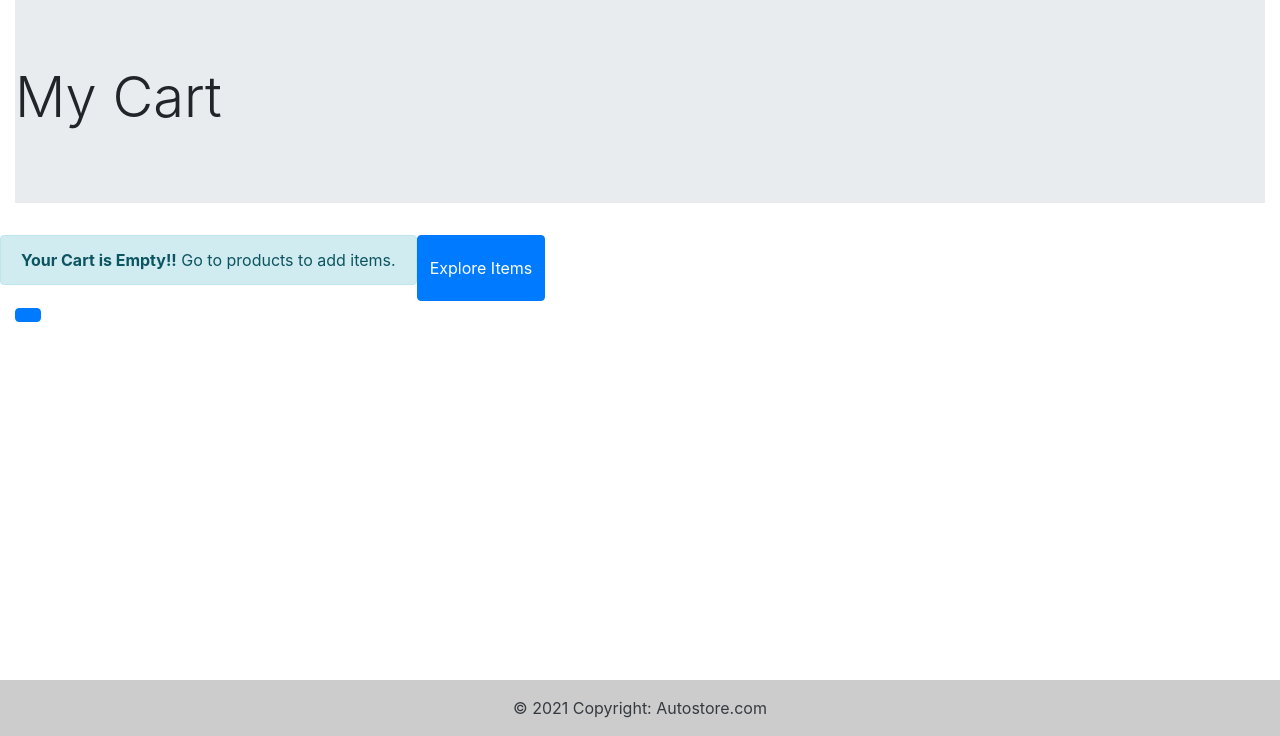
Repository: pravinsakthivel/ecommerce
Page: /cartIems
The author's editor kept a copy of each file at every save. The page is drawn from the files as they stood at one save, then again after the next save.
The browser window is 1280 px wide. The pictures show the whole page.
The project was rebuilt for these pictures with package versions that can differ from the ones it lists, and the page was loaded fresh each time. Also part of the build but not shown: src/components/ProductItem.vue, src/components/UI/ShoppingCartIcon.vue, src/components/UI/NavigationBar.vue, src/components/UI/SearchBar.vue, src/components/ProductDescriptionModal.vue, src/components/ProductList.vue, src/components/UI/OrderSuccess.vue, src/components/UI/LoginPage.vue and 2 more.

Above is the page before, as saved 2021-04-10 21:19:52.

After the next save:
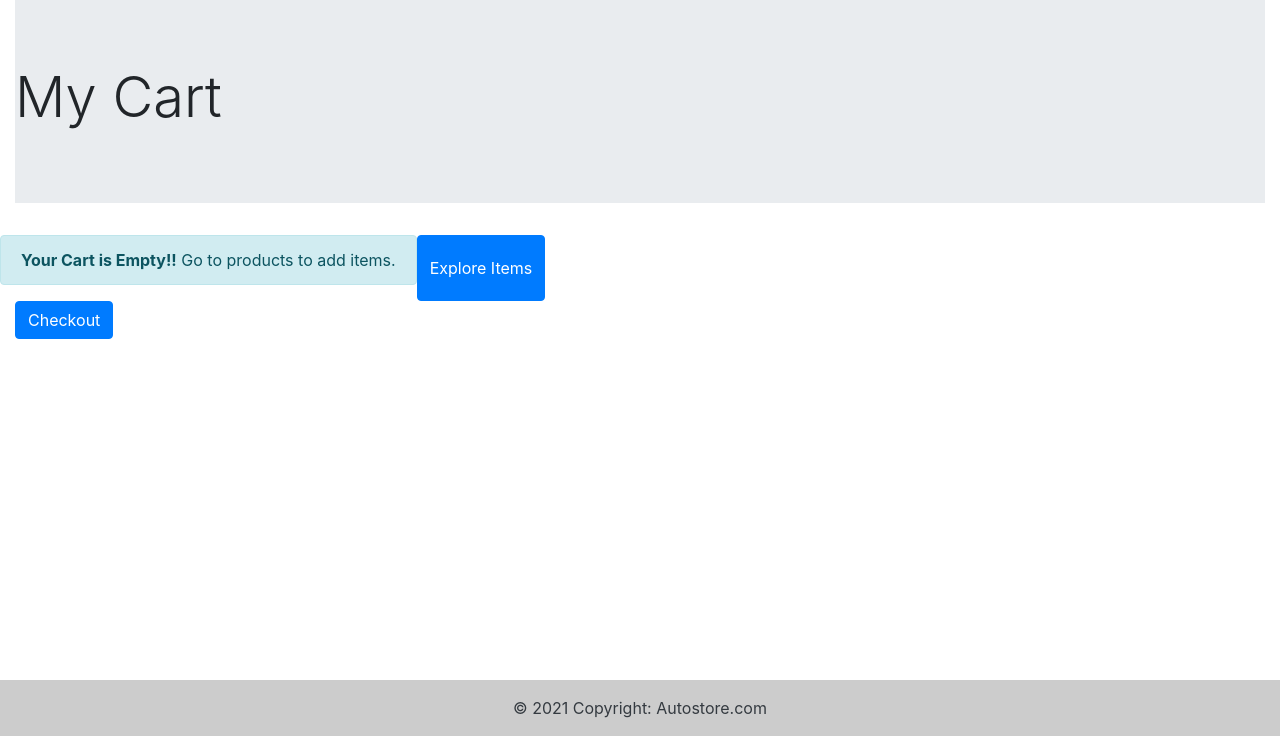
Saved 13 s later.
--- a/src/components/CartList.vue
+++ b/src/components/CartList.vue
@@ -43,7 +43,7 @@
       </div>
       <base-button link toPage="/products">Explore Items</base-button>
     </div>
-    <base-button link toPage="/checkout"></base-button>
+    <base-button link toPage="/checkout">Checkout</base-button>
     <!-- <form class="text-center" v-else>
       <payment-details></payment-details>
     </form> -->
